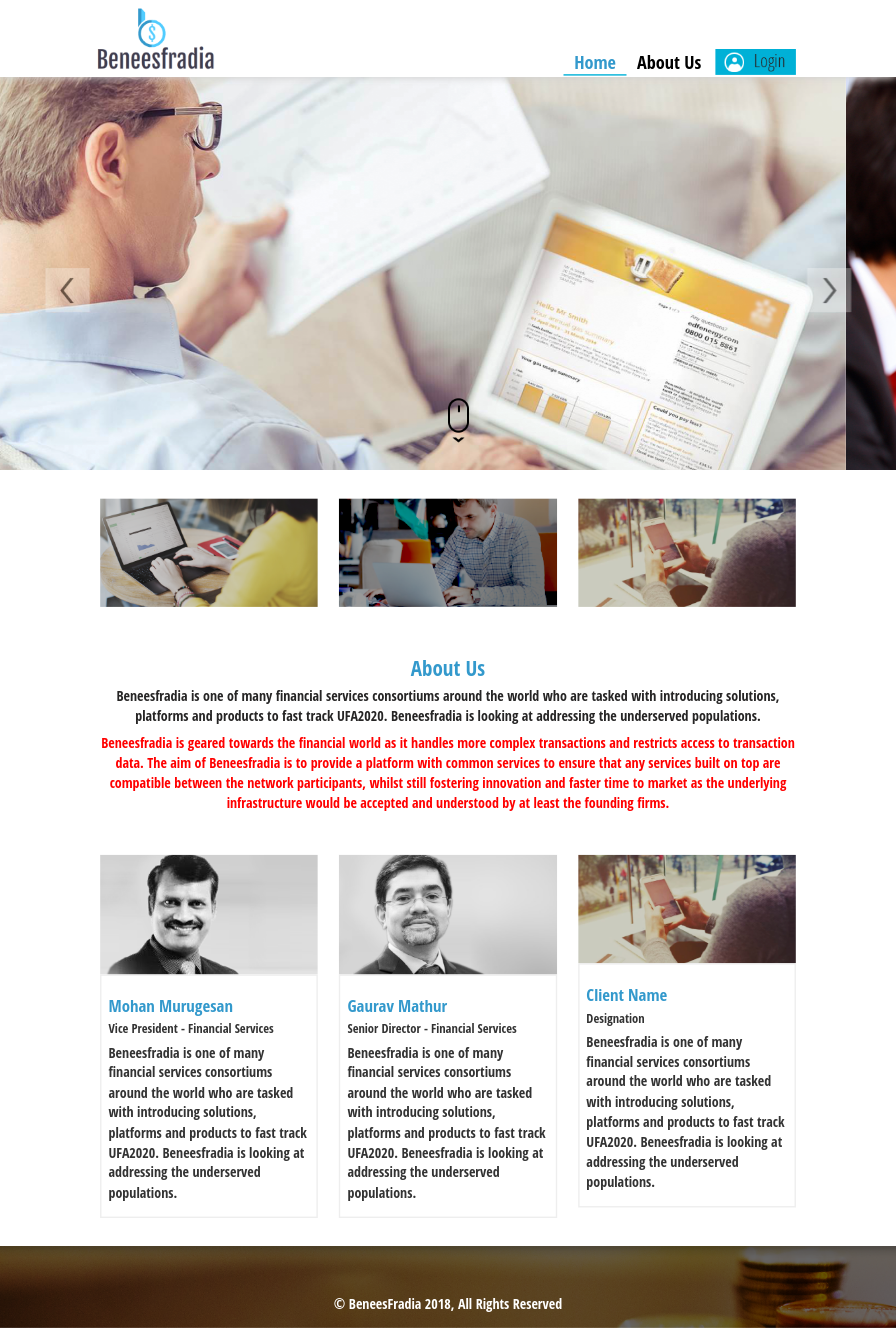
Repository: intkhabahmed/AcceleratedBootcampWebsites
Page: http://localhost/BeneesFradia/UI/index.jsp
These files come from the project's save history. The page is drawn as it stood at one moment and after the next save; the edit follows.
The browser window is 1280 px wide. The pictures show the whole page, at 70% of full size.
Some web fonts or font styles are not loaded; a fallback is used. The page is served by Tomcat 9. Nobody is signed in. The application's start-up code is not run.

Above is the page before, as saved 2018-02-13 08:08:31.

After the next save:
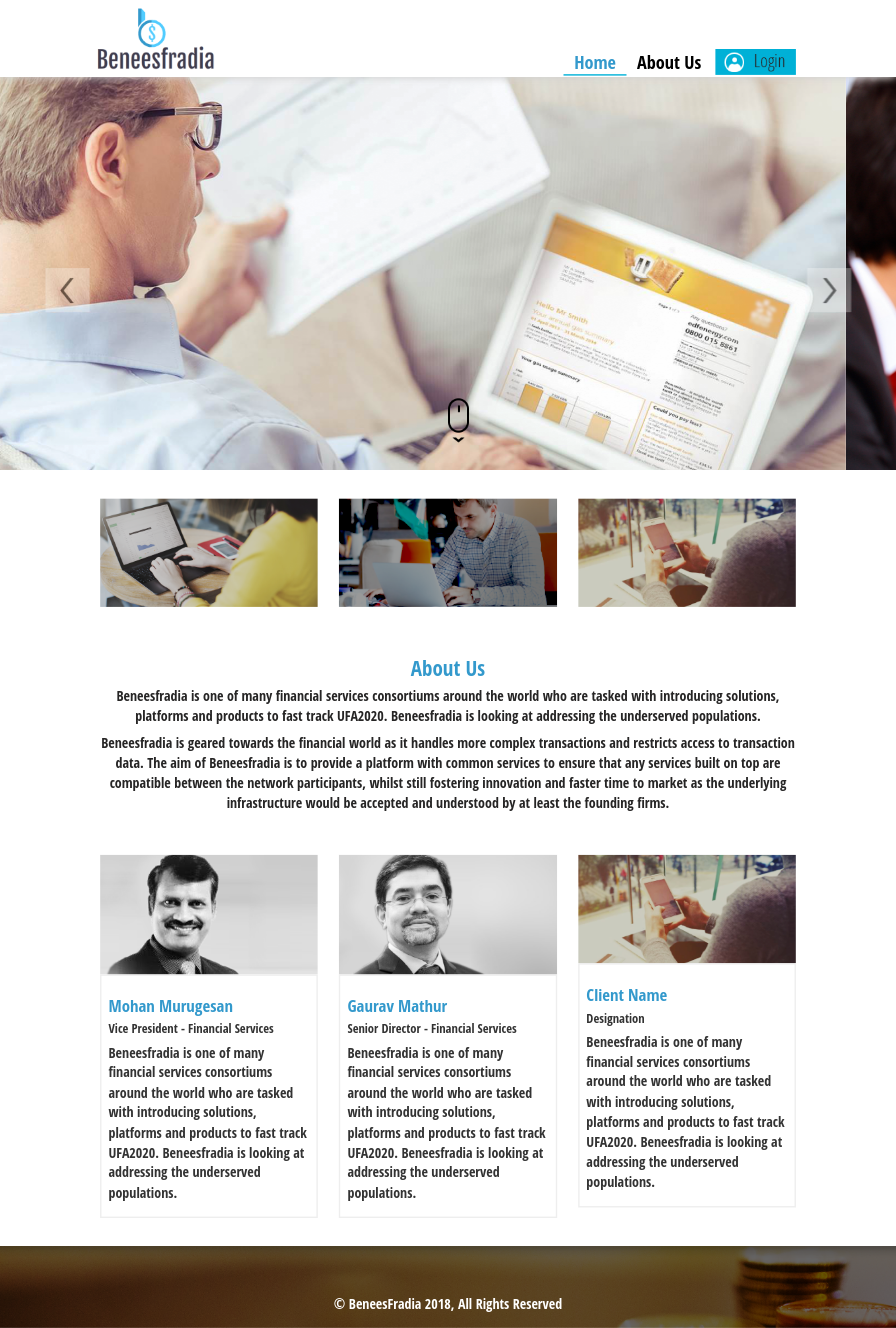
Saved 12 min 3 s later.
--- a/BeneesFradia/WebContent/UI/index.jsp
+++ b/BeneesFradia/WebContent/UI/index.jsp
@@ -81,7 +81,7 @@
 					consortiums around the world who are tasked with introducing
 					solutions, platforms and products to fast track UFA2020.
 					Beneesfradia is looking at addressing the underserved populations.</p>
-				<p align="center" class="error">Beneesfradia is geared towards the financial world as it
+				<p align="center">Beneesfradia is geared towards the financial world as it
 					handles more complex transactions and restricts access to
 					transaction data. The aim of Beneesfradia is to provide a platform
 					with common services to ensure that any services built on top are
